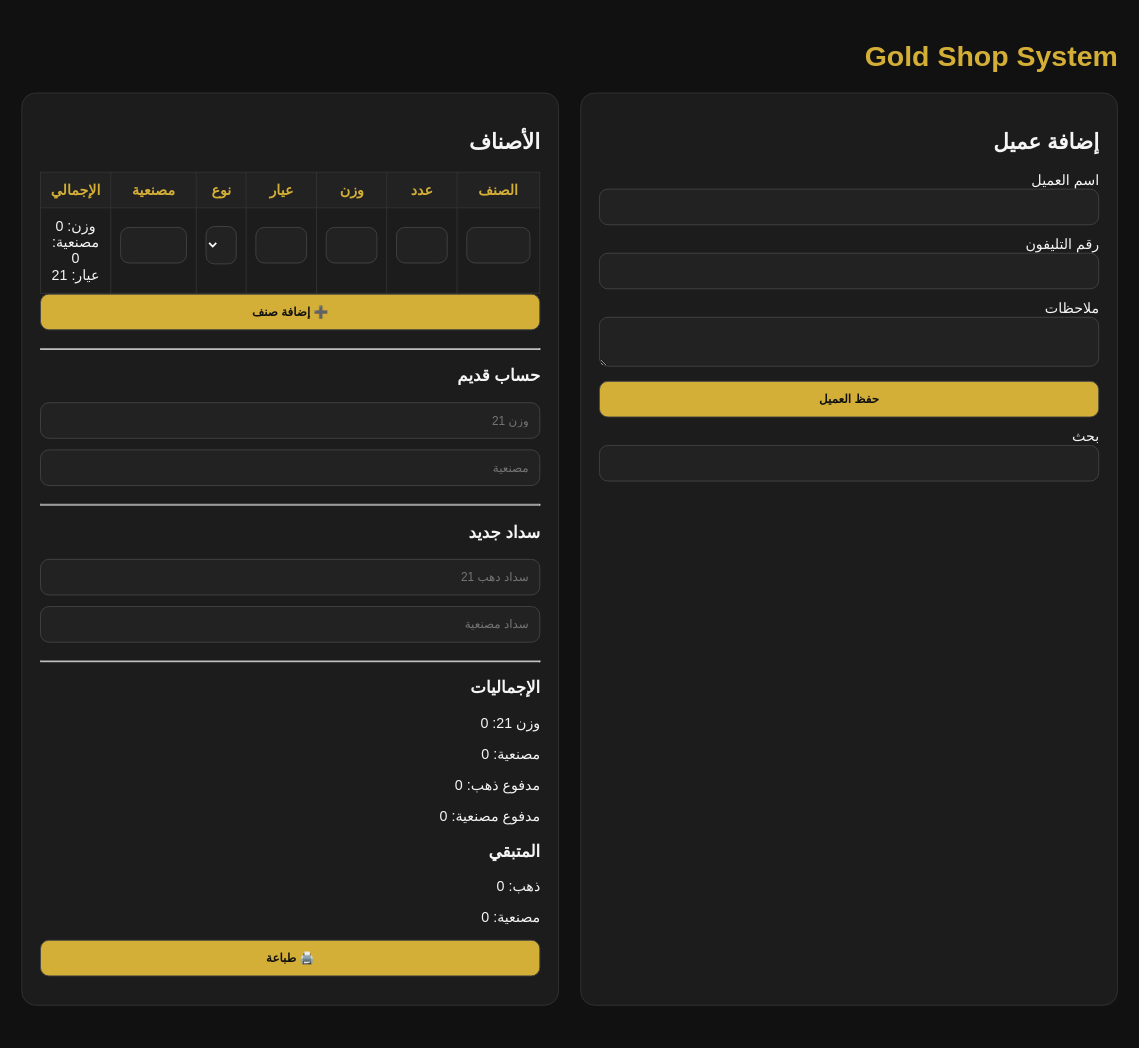
Repository: erineehab27/gold-shop
Page: /print
The author's editor kept a copy of each file at every save. The page is drawn from the files as they stood at one save, then again after the next save.
The browser window is 1280 px wide. The pictures show the whole page, at 89% of full size.
The project was rebuilt for these pictures with package versions that can differ from the ones it lists, and the page was loaded fresh each time. Also part of the build but not shown: vite.config.js.

Above is the page before, as saved 2026-05-10 00:34:53.

After the next save:
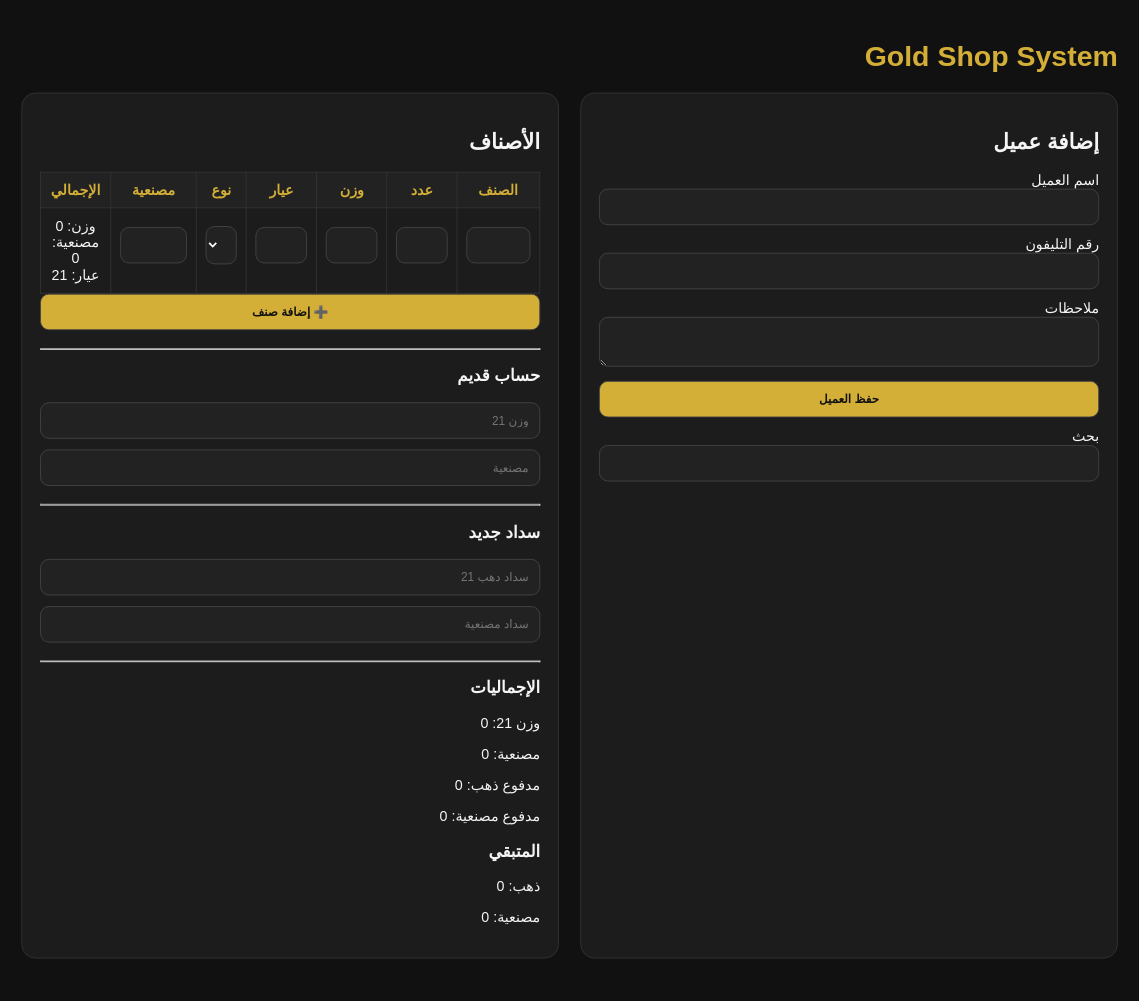
Saved 36 s later.
--- a/src/App.jsx
+++ b/src/App.jsx
@@ -879,7 +879,7 @@ export default function App() {
           <p>ذهب: {remainingGold}</p>
           <p>مصنعية: {remainingWork}</p>
 
-          <button onClick={() => window.print()}>🖨️ طباعة</button>
+
         </section>
       </div>
     </div>
